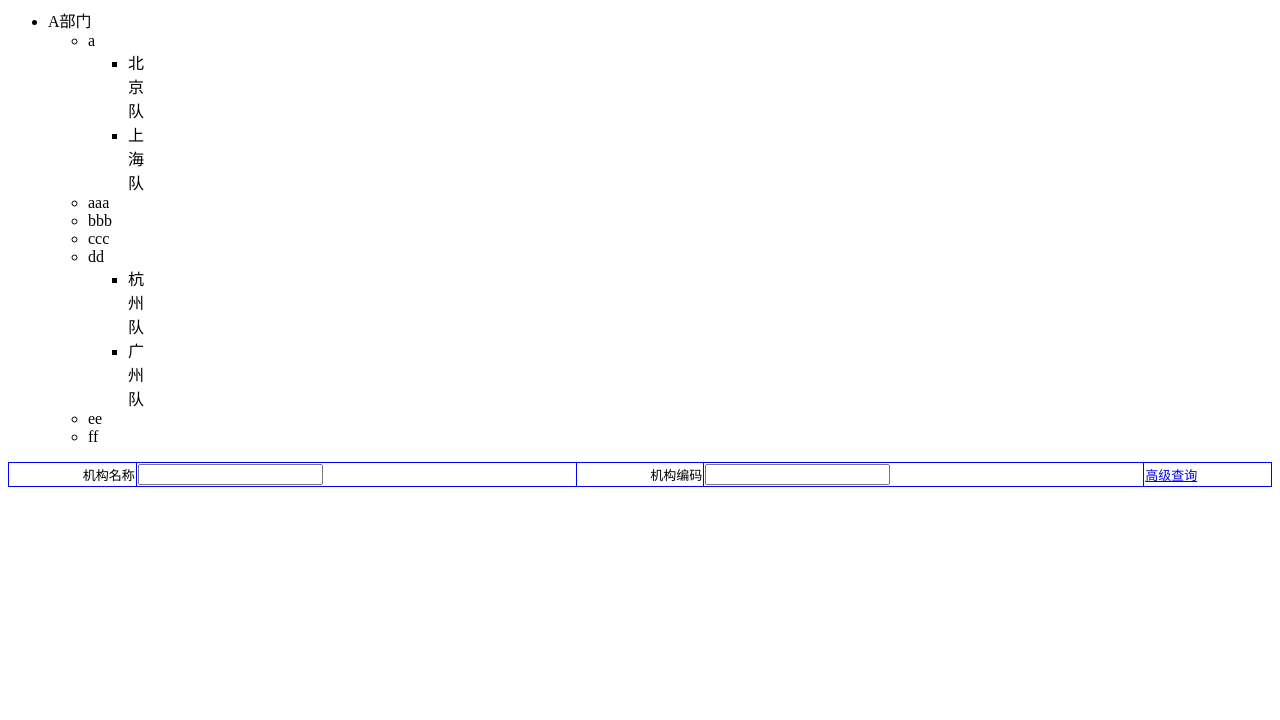
Repository: ilbcjstudio/wj
Page: DemoSSH/WebRoot/html/jgwh.html
These files come from the project's save history. The page is drawn as it stood at one moment and after the next save; the edit follows.
The browser window is 1280 px wide. The pictures show the whole page.
Pictures or frames that could not be fetched are drawn as grey boxes.

Above is the page before, as saved 2015-03-18 06:07:20.
Console error: ReferenceError: $ is not defined

After the next save:
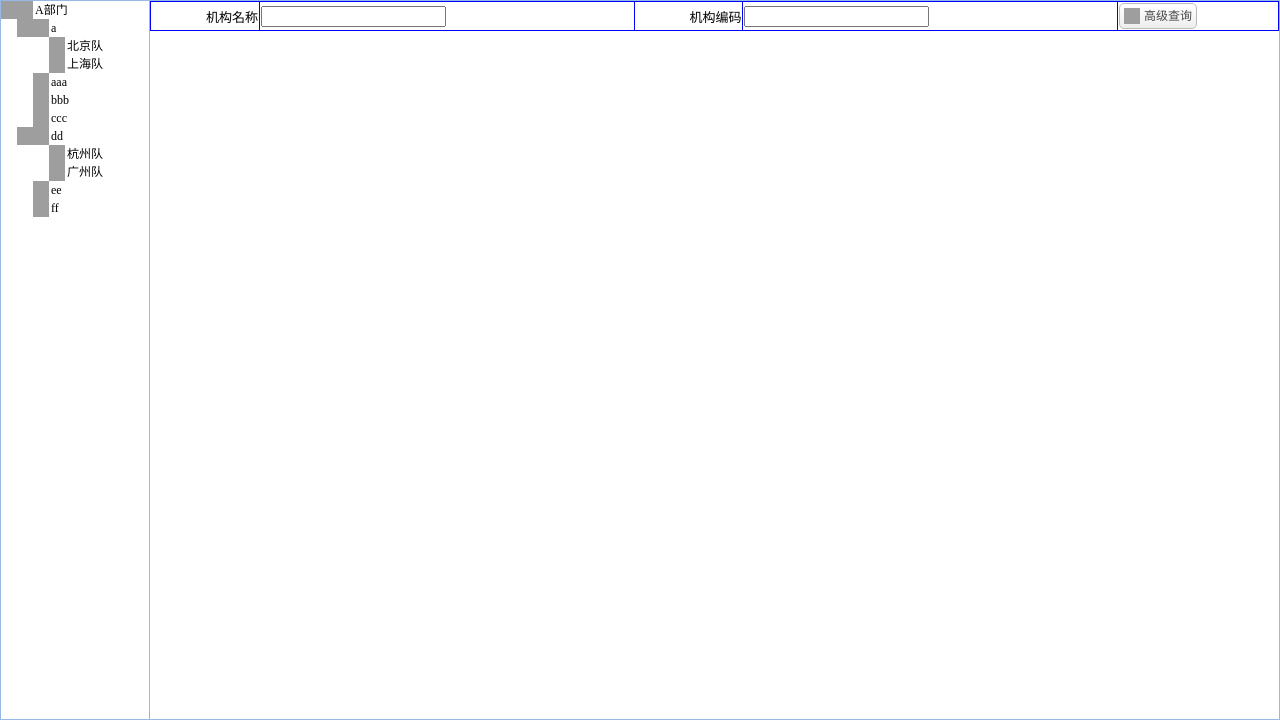
Saved 4 min 2 s later.
--- a/DemoSSH/WebRoot/html/jgwh.html
+++ b/DemoSSH/WebRoot/html/jgwh.html
@@ -46,7 +46,13 @@
 	});
 
 
+
    </script>
+  <link rel="stylesheet" href="../js/jquery-easyui-1_4_2/icon.css" type="text/css"></link>
+  <link rel="stylesheet" href="../js/jquery-easyui-1_4_2/easyui.css" type="text/css"></link>
+
+  <script type="text/javascript" src="../js/jquery-easyui-1_4_2/jquery.min.js"></script>
+  <script type="text/javascript" src="../js/jquery-easyui-1_4_2/jquery.easyui.min.js"></script>
 
   </head>
 

After the save that followed:
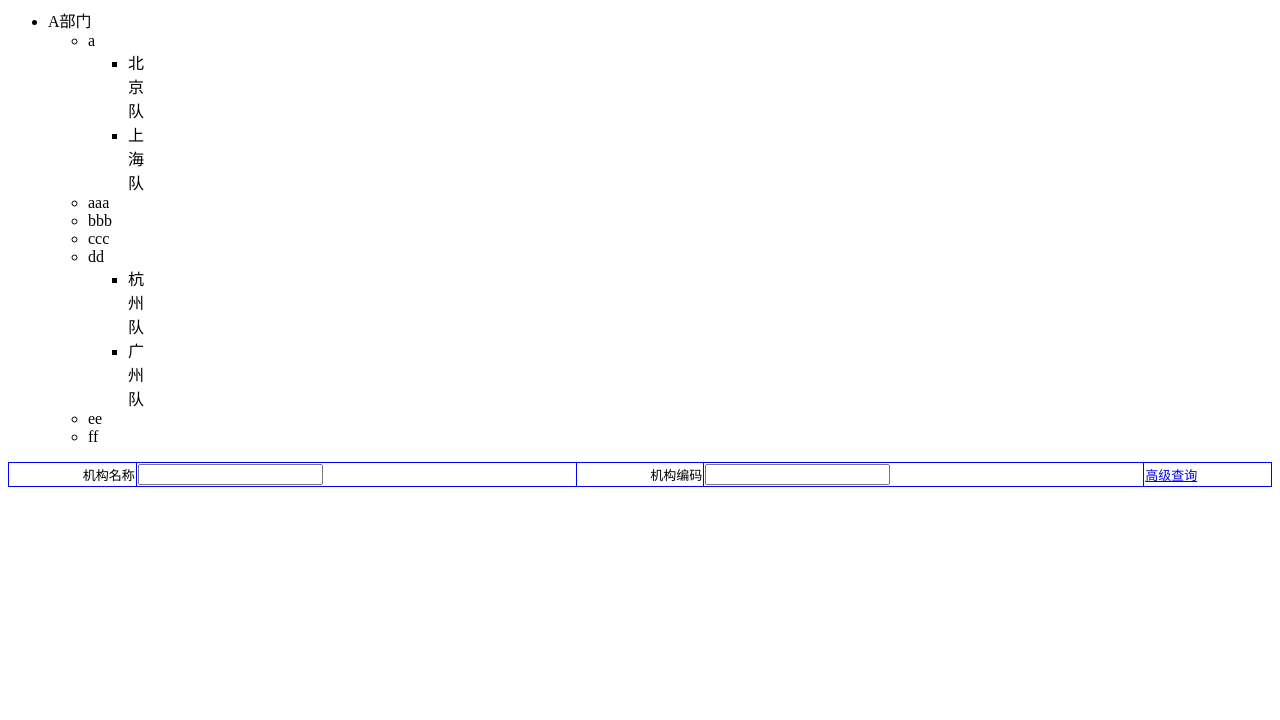
Saved 7 s later.
--- a/DemoSSH/WebRoot/html/jgwh.html
+++ b/DemoSSH/WebRoot/html/jgwh.html
@@ -48,11 +48,6 @@
 
 
    </script>
-  <link rel="stylesheet" href="../js/jquery-easyui-1_4_2/icon.css" type="text/css"></link>
-  <link rel="stylesheet" href="../js/jquery-easyui-1_4_2/easyui.css" type="text/css"></link>
-
-  <script type="text/javascript" src="../js/jquery-easyui-1_4_2/jquery.min.js"></script>
-  <script type="text/javascript" src="../js/jquery-easyui-1_4_2/jquery.easyui.min.js"></script>
 
   </head>
 
